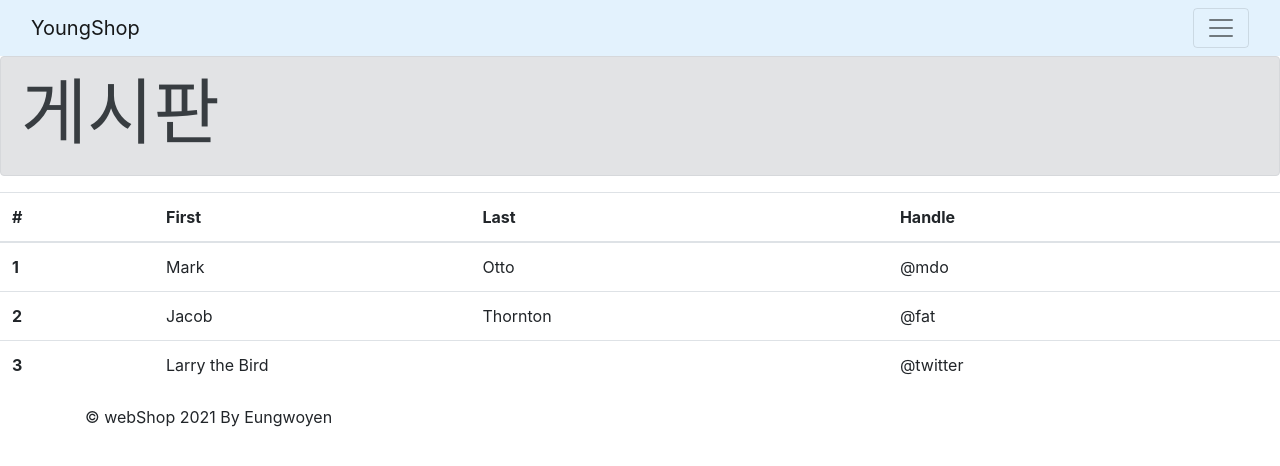
Repository: khss4008/JSP_project
Page: http://localhost/Webshop2/board/listBoard.jsp
These files come from the project's save history. The page is drawn as it stood at one moment and after the next save; the edit follows.
The browser window is 1280 px wide. The pictures show the whole page.
The page is served by Tomcat 9.

Above is the page before, as saved 2021-11-05 05:22:46.
Console error: TypeError: Cannot read properties of undefined (reading 'fn')

After the next save:
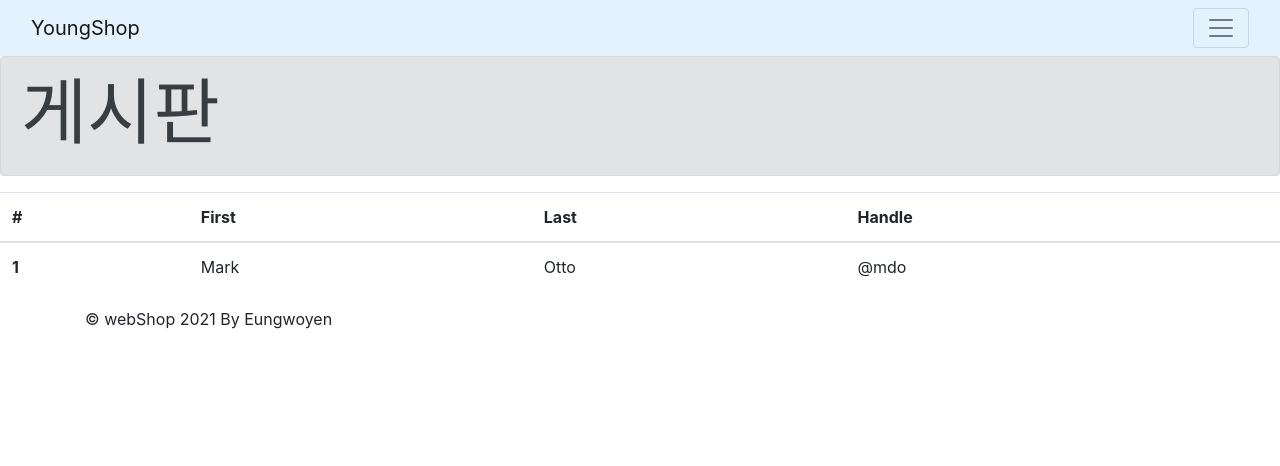
Saved 61 s later.
--- a/Webshop2/WebContent/board/listBoard.jsp
+++ b/Webshop2/WebContent/board/listBoard.jsp
@@ -16,6 +16,7 @@
 
 
 <table class="table table-hover">
+
   <thead>
     <tr>
       <th scope="col">#</th>
@@ -24,25 +25,19 @@
       <th scope="col">Handle</th>
     </tr>
   </thead>
+
+
   <tbody>
+
     <tr>
       <th scope="row">1</th>
       <td>Mark</td>
       <td>Otto</td>
       <td>@mdo</td>
     </tr>
-    <tr>
-      <th scope="row">2</th>
-      <td>Jacob</td>
-      <td>Thornton</td>
-      <td>@fat</td>
-    </tr>
-    <tr>
-      <th scope="row">3</th>
-      <td colspan="2">Larry the Bird</td>
-      <td>@twitter</td>
-    </tr>
+
   </tbody>
+
 </table>
 
 
